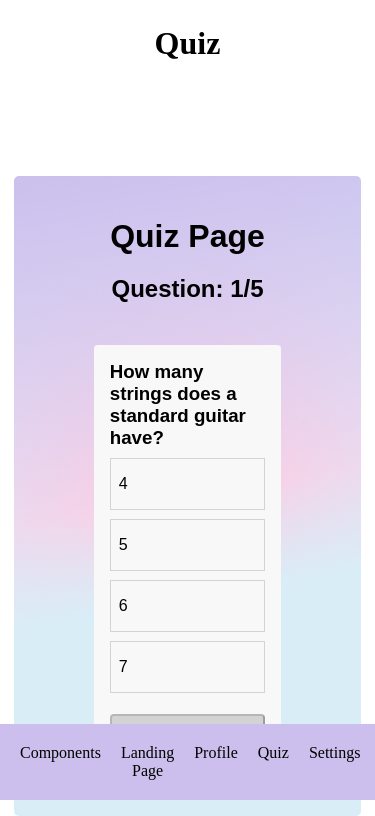
Repository: 1medi/pocketprof
Page: /quiz/page
An editor plug-in stored every save of this project. The page is shown before and after the next save, followed by the edit.
The browser window is 375 px wide. The pictures show the whole page.
The project was rebuilt for these pictures with package versions that can differ from the ones it lists, and the page was loaded fresh each time. The framework's server and built-in components were replaced by stand-ins that run in the browser. Also part of the build but not shown: next.config.mjs, Components/Buttons/Oscar/Oscar.module.css, Components/Buttons/Oscar/index.js.

Above is the page before, as saved 2024-04-13 19:52:28.

### pages/quiz/page.jsx
'use client';
import React, { useState, useRef, useEffect } from 'react';
import { quiz } from "../data"
import styles from "./page.module.css"
import { Montserrat } from "next/font/google"
import Header from '@/Components/Header';
import NavBar from "@/Components/Navbar"


const notoSans = Montserrat({
  subsets: ['latin'],
});

export default function Page() {
  const [activeQuestion, setActiveQuestion] = useState(0);
  const [selectedAnswer, setSelectedAnswer] = useState('');
  const [checked, setChecked] = useState(false);
  const [selectedAnswerIndex, setSelectedAnswerIndex] = useState(null);
  const [showResult, setShowResult] = useState(false);
  const [result, setResult] = useState({
    score: 0,
    correctAnswers: 0,
    wrongAnswers: 0,
  });

  const nextButtonRef = useRef(null);

  const { questions } = quiz;
  const { answers, correctAnswer } = questions[activeQuestion];

  const onAnswerSelected = (answer, idx, event = null) => {
    if (event && event.type === 'keydown' && (event.key !== 'Enter' && event.key !== ' ')) {
      return;
    }
    setChecked(true);
    setSelectedAnswerIndex(idx);
    if (answer === correctAnswer) {
      setSelectedAnswer(true);
      console.log('true');
    } else {
      setSelectedAnswer(false);
      console.log('false');
    }
  };


  useEffect(() => {
    if (checked && nextButtonRef.current) {
      nextButtonRef.current.focus();
    }
  }, [checked]);

  const nextQuestion = () => {
    setSelectedAnswerIndex(null);
    setResult((prev) =>
      selectedAnswer
        ? {
            ...prev,
            score: prev.score + 5,
            correctAnswers: prev.correctAnswers + 1,
          }
        : {...prev,
            wrongAnswers: prev.wrongAnswers + 1,
          }
    );
    if (activeQuestion !== questions.length - 1) {
      setActiveQuestion((prev) => prev + 1);
    } else {
      setActiveQuestion(0);
      setShowResult(true);
    }
    setChecked(false);
  };

  return (
    <>
    <Header name="Quiz"/>
      <div className={`${styles.container}`}>
      <h1 className={styles.title}>Quiz Page</h1>
      <div>
        <h2 className={styles.activeQ}>
          Question: {activeQuestion + 1}
          <span>/{questions.length}</span>
        </h2>
      </div>
      <div>
        {!showResult ? (
          <div className={styles.quizContainer}>
            <h3 className={styles.question}>{questions[activeQuestion].question}</h3>
            {answers.map((answer, idx) => (
              <li
                key={idx}
                onClick={() => onAnswerSelected(answer, idx)}
                onKeyDown={(event) => onAnswerSelected(answer, idx, event)}
                className={`${styles.answerList} ${selectedAnswerIndex === idx ? styles.itemSelected : styles.itemHover}`}
                tabIndex={0}>
                <span>{answer}</span>
              </li>
            ))}

            <button
              ref={nextButtonRef}
              onClick={nextQuestion}
              className={checked ? styles.btn : styles.btnDisabled}
              tabIndex={2}
              disabled={!checked}>
              {activeQuestion === questions.length - 1 ? 'Finish' : 'Next'}
            </button>
          </div>
        ) : (
          <div className={styles.quizContainer}>
            <h3 className={styles.hthree}>Results</h3>
            <h3 className={styles.hthree}>Overall {(result.score / (questions.length * 5)) * 100}%</h3>
            <p className={styles.paragraph}>
              Total Questions: <span>{questions.length}</span>
            </p>
            <p className={styles.paragraph}>
              Total Score: <span>{result.score}</span>
            </p>
            <p className={styles.paragraph}>
              Correct Answers: <span>{result.correctAnswers}</span>
            </p>
            <p className={styles.paragraph}>
              Wrong Answers: <span>{result.wrongAnswers}</span>
            </p>
            <button className={styles.btn} onClick={() => window.location.reload()}>Restart</button>
          </div>
        )}
      </div>
    </div>
    <NavBar/>
    </>

  );
};

### pages/api/chat-gpt/route.js
import { NextResponse } from "next/server";

export async function POST(request) {
  return NextResponse.json({
    name: "IT WORKS!!!",
  });
}

### styles/globals.css
:root {
background-color: white;
align-content: center;
--main-color-purple: #53239B;
--main-color-lightpurple: #CCBFED;
--secondary-color-blue: #9AB7F9;
--secondary-color-lightblue: #CCE3FB;

--main-font: "mont", sans-serif;


}


* {
    padding: 0;
    margin: 0;
  }

  ol,
  ul {
    list-style: none;
  }

### pages/data.js
export const quiz = {
    totalQuestions: 5,
    questions: [
      {
        id: 1,
        question: 'How many strings does a standard guitar have?',
        answers: ['4', '5', '6', '7'],
        correctAnswer: '6',
      },
      {
        id: 2,
        question: 'Which part of the guitar do you strum or pluck the strings with?',
        answers: ['Headstock', 'Fretboard', 'Body', 'Bridge'],
        correctAnswer: 'Body',
      },
      {
        id: 3,
        question: 'What is a pick used for in playing the guitar?',
        answers: ['Holding the strings down', 'Strumming or plucking the strings', 'Keeping the guitar in tune', 'San Marino'],
        correctAnswer: 'Strumming or plucking the strings',
      },
      {
        id: 4,
        question: 'What is the name of the thickest string on the guitar?',
        answers: ['A string', 'E string', 'D string', 'G string'],
        correctAnswer: 'E string',
      },
      {
        id: 5,
        question: 'Where do you place your fingers to play different notes on the guitar?',
        answers: ['On the body', 'On the headstock', 'On the strings over the fretboard', 'On the tuning pegs'],
        correctAnswer: 'On the strings over the fretboard',
      },
    ],
  };

### pages/quiz/page.module.css
@media only screen and (max-width:430px) {
  .container{
  padding: 2rem 5rem;
  background: linear-gradient(-10deg, #d9edf7 35%, rgba(237, 202, 216, 0) 50%, var(--main-color-lightpurple)), radial-gradient(circle, #ffcae1 0, #daeafc 100%);
  font-family: "Noto", sans-serif;
  max-width: 740px;
  width: 50%;
  margin: auto;
  margin-top: 5em;
  border-radius: 5px;

}

.title,
.activeQ{
  color: black;
  text-align: center;
  padding:10px;
}

.hthree {
  padding-bottom: 2rem;
  color: #000105;
  font-size: 1.8rem;
}

.btn {
  padding: 16px 8px;
  width: 100%;
  margin-top: 12px;
  font-size: 1rem;
  border-radius: 4px;
  cursor: pointer;
  background-color: var(--main-color-purple);
  color: #f8f8f8;
}

.btnDisabled {
  background-color: lightgray;
  padding: 16px 8px;
  width: 100%;
  margin-top: 12px;
  font-size: 1rem;
  border-radius: 4px;
  color: darkgray;

}

.answerList {
  list-style-type: none;
  cursor: pointer;
  margin: 9px 0;
  padding: 16px 8px;
  color: #000105;
  border: 1px solid lightgray;
}

.itemHover:hover {
  background-color: #CCBFED;
  columns: #fff;
}

.itemSelected {
  color: #fff;
  background-color:#8E71D5;
}

.quizContainer {
  background-color: #f8f8f8;
  padding: 1rem;
  margin-top: 2rem;
  border-radius: 4px;
}

.paragraph {
  padding: 8px 0;
}
}

### Components/Header/index.js
import styles from "@/Components/Header/Header.module.css"
import Link from "next/link"
import { Montserrat } from "next/font/google"

const montserrat = Montserrat({
  subsets: ['latin'],
});
export default function Header({name}){
  return (
    <>
    <header className={styles.header}>

      <h1 className={styles.headerTitle}>{name}</h1>
    </header>
    </>
  )
}

### Components/Navbar/index.js
import styles from "./Navbar.module.css"
import Oscar from "@/Components/Buttons/Oscar"
import Link from "next/link"

export default function NavBar() {
  return (
    <nav className={styles.nav}>
        <div className={styles.navContainer}>
          <ul className={styles.navOptions}>
            <li className={styles.navLink}>
            <Link href={'/Components'} className={styles.navText}>Components </Link>
            </li>
            <li className={styles.navLink}>
            <Link href={'/LandingPage'} className={styles.navText}>Landing Page </Link>
            </li>
            <li className={styles.navLink}>
            <Link href={'/Profile'} className={styles.navText}>Profile </Link>
            </li>
            <li className={styles.navLink}>
            <Link href={'/QuizPage'} className={styles.navText}>Quiz</Link>
            </li>
            <li className={styles.navLink}>
            <Link href={'/Settings'} className={styles.navText}>Settings</Link>
            </li>
            <li className={styles.navLink}>
            <Link href={'/Subjects'} className={styles.navText}>Subjects</Link>
            </li>
          </ul>

        </div>
    </nav>
  )
}

### Components/Header/Header.module.css
.header{

  max-height: 400;
  height: 6em;
}

.headerTitle{
  text-align: center;
  margin:auto;
  display: flex;
  justify-content: center;
  color: black;
  padding-top: 25px;
}

### Components/Navbar/Navbar.module.css
@media only screen and (max-width:430px) {
  .nav {
  position: fixed;
  bottom: 0;
  left: 0;
  width: 100%;
  display: flex;
  flex-direction: row;
  background-color:var(--main-color-lightpurple);
  justify-content: space-around;
}

.navContainer{
  position: relative;
  justify-content: space-around;
  width: 100%;
}
.buttonContainer{
  padding:10px;

}

.navOptions{
  display: flex;
  flex-direction: row;
  text-align: center;
  justify-content: space-around;
  padding: 10px;
  text-decoration: none;
}

.navLink{
  padding: 10px;
  border-radius: 10px;
  text-decoration: none;
  list-style: none;
  position: relative;
  justify-content: center;
}

.image:hover{
  background-color: #8b82a4;
}

.navText{
  text-decoration: none;
  list-style: none;
  color:black;
}

.navText:visited{
  text-decoration: none;
  list-style: none;
  color: black;
}
}

Loaded but not shown: pages/_app.js (common file); pages/_document.js (common file); pages/api/hello.js (common file); pages/api/askOscar.js (no copy from this time; the picture is the same without it); pages/api/chat.js (no copy from this time; the picture is the same without it); pages/api/image.js (no copy from this time; the picture is the same without it)

After the next save:
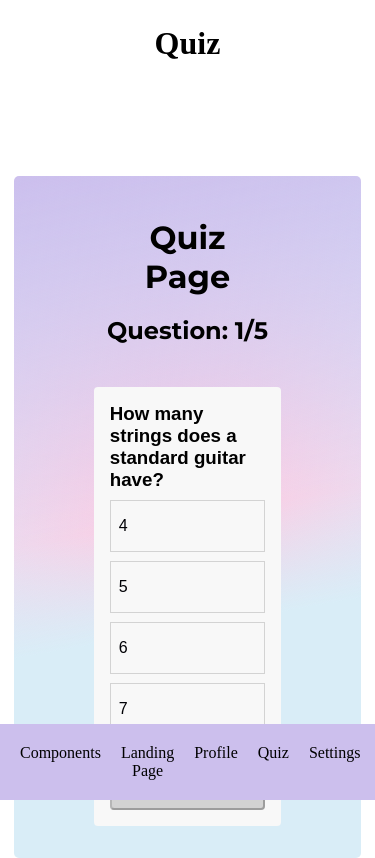
Saved 119 s later.
--- a/pages/quiz/page.module.css
+++ b/pages/quiz/page.module.css
@@ -16,6 +16,7 @@
   color: black;
   text-align: center;
   padding:10px;
+  font-family: "Montserrat", "sans-serif";
 }
 
 .hthree {
